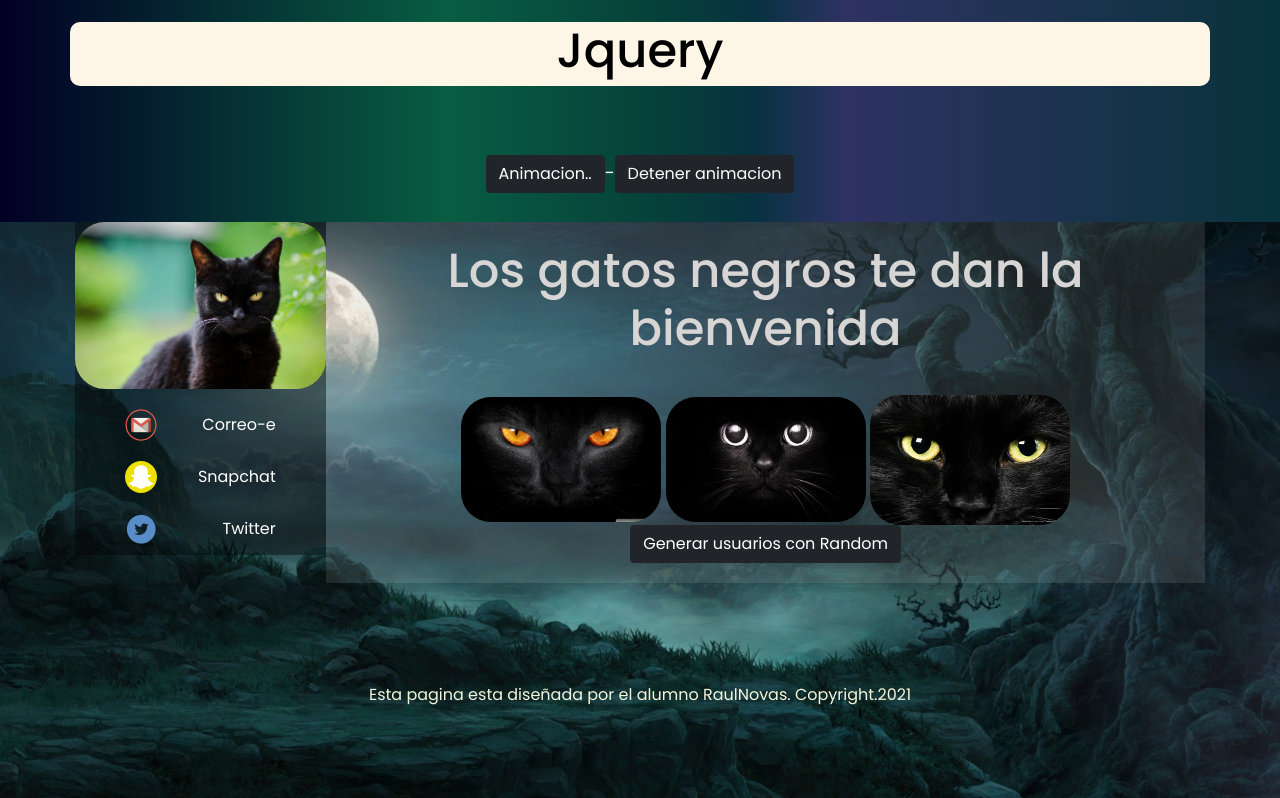
Repository: raul4264/final2
Page: index.html
The author's editor kept a copy of each file at every save. The page is drawn from the files as they stood at one save, then again after the next save.
The browser window is 1280 px wide. The pictures show the whole page.

Above is the page before, as saved 2021-07-14 09:17:41.

After the next save:
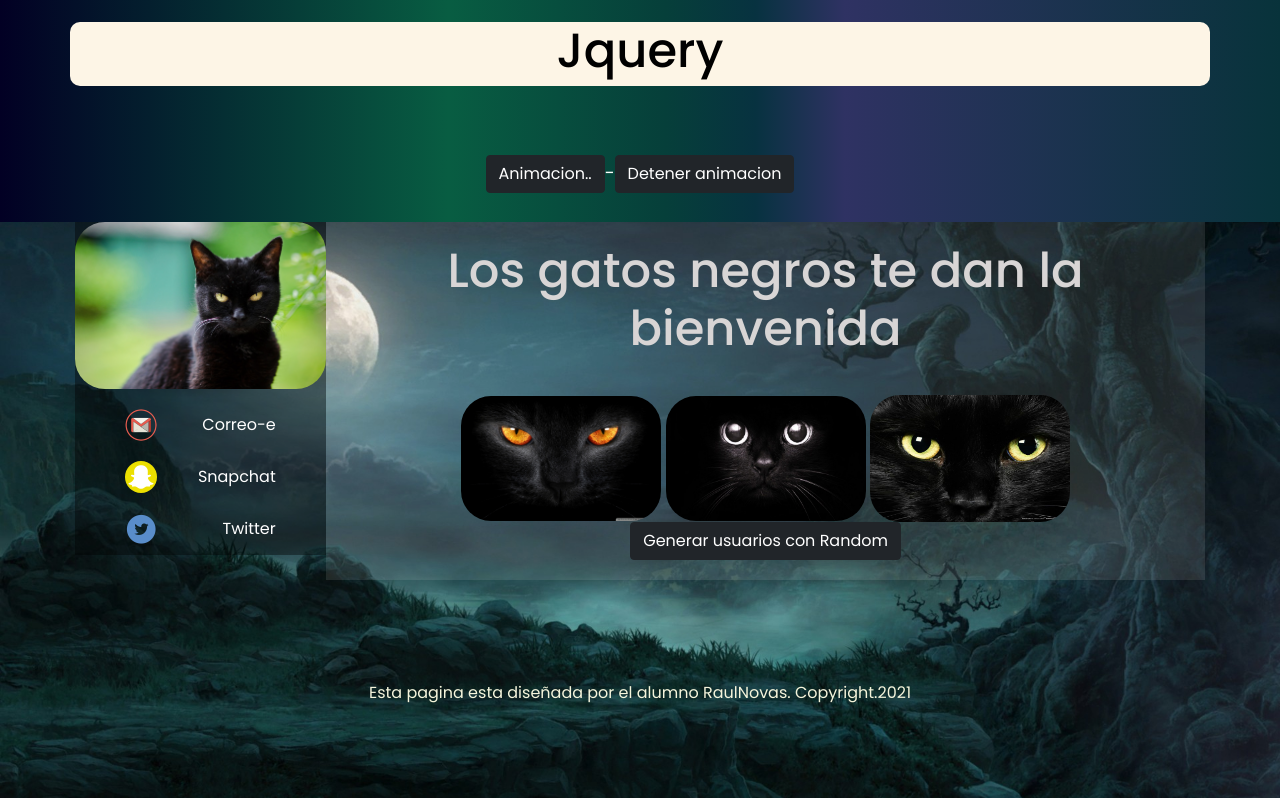
Saved 26 s later.
--- a/index.html
+++ b/index.html
@@ -137,7 +137,7 @@
 
                 <img src="/images/cat1.jpg" width="200vw">
                 <img src="/images/cat2.jpg" width="200vw" >
-                <img src="/images/cat3.jpg" width="200vw" height="130vh" >
+                <img src="/images/cat3.jpg" width="200vw" height="127vh" >
 
             <br>
             <button type="button" class="btn btn-dark" id="usuarios">Generar usuarios con Random</button>
